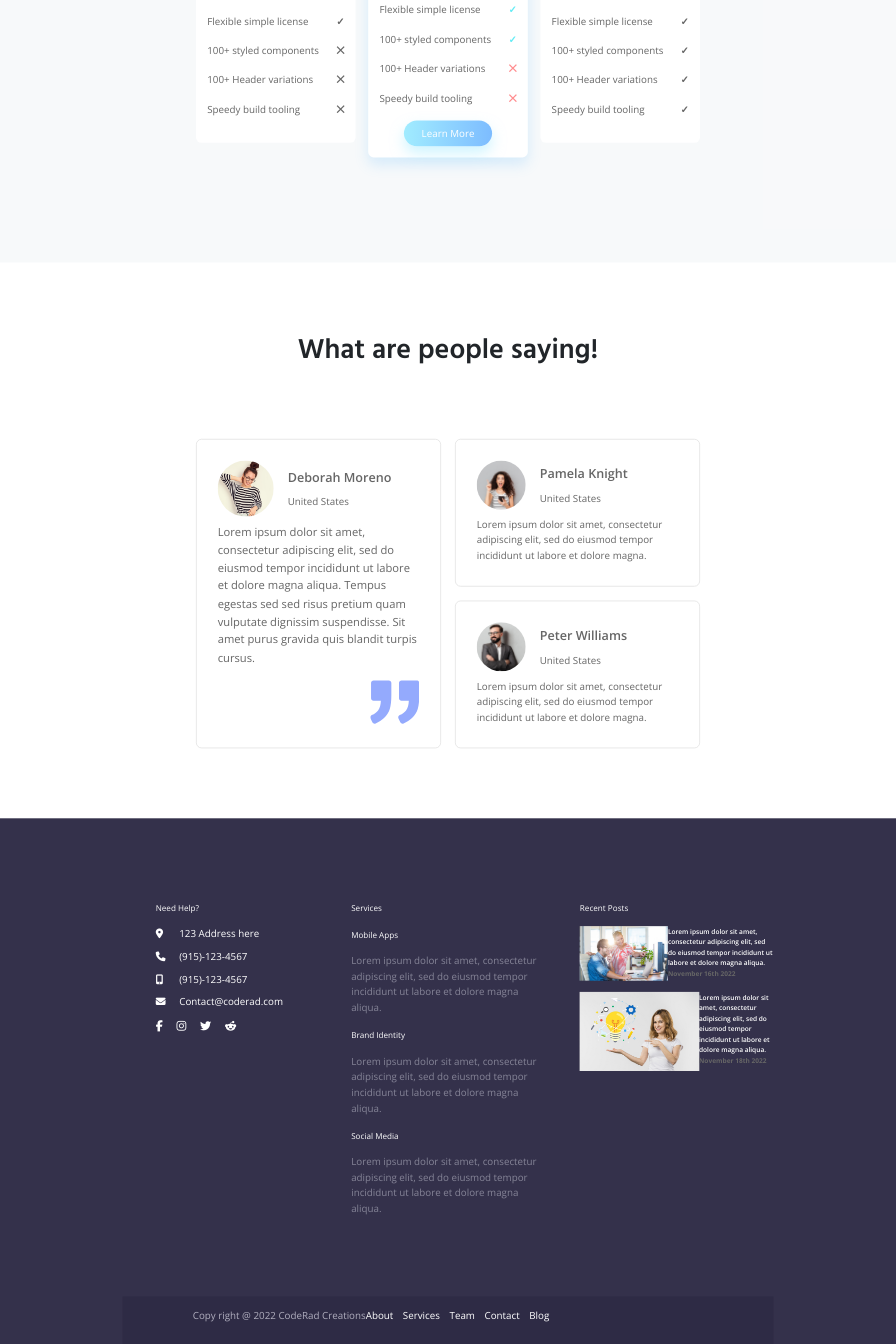
Repository: Sc-Juju/CodeRad
Page: index.html
An editor plug-in stored every save of this project. The page is shown before and after the next save, followed by the edit.
The browser window is 1280 px wide. The pictures show the part of the page from y = 2940 to 4860 px (the page is 4860 px tall), at 70% of full size.
Some web libraries are served in a nearby version.

Above is the page before, as saved 2022-11-16 14:13:47.

### index.html
<!DOCTYPE html>
<html>
	<head>
		<meta charset="utf-8" />
		<meta http-equiv="X-UA-Compatible" content="IE=edge" />
		<title>CodeRad</title>
		<meta name="description" content="" />
		<meta name="viewport" content="width=device-width, initial-scale=1" />

		<script
			src="https://kit.fontawesome.com/020fb16134.js"
			crossorigin="anonymous"
		></script>

		<link
			href="https://fonts.googleapis.com/css2?family=Open+Sans:wght@300;400;600;700&display=swap"
			rel="stylesheet"
		/>
		<link
			href="https://fonts.googleapis.com/css2?family=Hind:wght@300;400;500;600;700&display=swap"
			rel="stylesheet"
		/>

		<link rel="stylesheet" href="./css/default.css" />
		<link rel="stylesheet" href="./css/styles.css" />
		<link rel="stylesheet" href="./css/responsive.css" />
	</head>
	<body>
		<nav class="navbar nav">
			<div class="container">
				<button
					class="navbar-toggler"
					aria-expanded="false"
					aria-controls="navbarDropdown"
				>
					<span>&#9776;</span>
				</button>
				<a class="navbar-brand" href="index.html">CodeRad</a>
				<ul class="navbar-nav">
					<li class="nav-link">
						<a href="#">Home</a>
					</li>

					<li class="nav-link">
						<a href="#">Blog</a>
					</li>
					<li class="nav-link">
						<a href="#">Portfolio</a>
					</li>
					<li class="nav-link">
						<a href="#">Contact</a>
					</li>
				</ul>
			</div>
		</nav>

		<header class="bg-header">
			<div class="container">
				<div class="hero-wrapper">
					<h2 class="hero-header">
						Young in our spirits and <br />
						modern look.
					</h2>
					<a class="btn btn-white" href="#">Learn more</a>
				</div>
			</div>
		</header>
		<!--Why me-->
		<section>
			<div class="container why-me-wrapper">
				<div class="block-text">
					<span>Why choose me</span>
					<h2>
						Meeting Your Needs <br />
						In Website Building
					</h2>
					<p>
						Lorem ipsum dolor sit amet, consectetur adipiscing elit,
						sed do eiusmod tempor incididunt ut labore et dolore
						magna aliqua.
					</p>
					<a href="" class="btn btn-primary">Learn More</a>
				</div>
				<div>
					<img src="./CodeRad-assets/image2.svg" alt="Icon Chart" />
				</div>
			</div>
		</section>
		<!--Services-->
		<section class="bg-contrast">
			<div class="container service-grid">
				<div class="service-card">
					<span class="bg-color-1"></span>
					<div>
						<h3>Branding</h3>
						<p>
							Lorem ipsum dolor sit amet, consectetur adipiscing
							elit, sed do eiusmod tempor incididunt ut labore et
							dolore magna aliqua. Ut morbi tincidunt augue
							interdum velit euismod in pellentesque. Congue
							mauris rhoncus aenean vel.
						</p>
					</div>
				</div>
				<div class="service-card">
					<span class="bg-color-2"></span>
					<div>
						<h3>Design & UX</h3>
						<p>
							Lorem ipsum dolor sit amet, consectetur adipiscing
							elit, sed do eiusmod tempor incididunt ut labore et
							dolore magna aliqua. Ut morbi tincidunt augue
							interdum velit euismod in pellentesque. Congue
							mauris rhoncus aenean vel.
						</p>
					</div>
				</div>
				<div class="service-card">
					<span class="bg-color-3"></span>
					<div>
						<h3>Development</h3>
						<p>
							Lorem ipsum dolor sit amet, consectetur adipiscing
							elit, sed do eiusmod tempor incididunt ut labore et
							dolore magna aliqua. Ut morbi tincidunt augue
							interdum velit euismod in pellentesque. Congue
							mauris rhoncus aenean vel.
						</p>
					</div>
				</div>
				<div class="service-card">
					<span class="bg-color-4"></span>
					<div>
						<h3>User analysis</h3>
						<p>
							Lorem ipsum dolor sit amet, consectetur adipiscing
							elit, sed do eiusmod tempor incididunt ut labore et
							dolore magna aliqua. Ut morbi tincidunt augue
							interdum velit euismod in pellentesque. Congue
							mauris rhoncus aenean vel.
						</p>
					</div>
				</div>
				<div class="service-card">
					<span class="bg-color-5"></span>
					<div>
						<h3>UX Research</h3>
						<p>
							Lorem ipsum dolor sit amet, consectetur adipiscing
							elit, sed do eiusmod tempor incididunt ut labore et
							dolore magna aliqua. Ut morbi tincidunt augue
							interdum velit euismod in pellentesque. Congue
							mauris rhoncus aenean vel.
						</p>
					</div>
				</div>
				<div class="service-card">
					<span class="bg-color-6"></span>
					<div>
						<h3>SEO Service</h3>
						<p>
							Lorem ipsum dolor sit amet, consectetur adipiscing
							elit, sed do eiusmod tempor incididunt ut labore et
							dolore magna aliqua. Ut morbi tincidunt augue
							interdum velit euismod in pellentesque. Congue
							mauris rhoncus aenean vel.
						</p>
					</div>
				</div>
			</div>
		</section>

		<!--Video Demo-->
		<section class="video-demo">
			<div class="container">
				<div class="block-text">
					<h2>Telling Our Story</h2>
					<p>
						Lorem ipsum dolor sit amet, consectetur adipiscing elit,
						sed do eiusmod tempor <br />
						incididunt ut labore et dolore magna aliqua.
					</p>
				</div>
				<div class="video-box">
					<a href="#" class="video-btn">
						<img
							src="./CodeRad-assets/play.svg"
							alt="Play Video Button"
						/>
					</a>
					<img
						src="./CodeRad-assets/demo-video-thumbnail.jpg"
						alt="Video thumbnail"
					/>
				</div>
			</div>
		</section>

		<!--Pricing plans-->
		<section class="bg-contrast">
			<div class="block-text pricing-header">
				<h2>Choose The Right Package For You!</h2>
				<p>
					Lorem ipsum dolor sit amet, consectetur adipiscing elit, sed
					do eiusmod tempor <br />
					incididunt ut labore et dolore magna aliqua.
				</p>
			</div>
			<div class="pricing-table">
				<div class="price-card">
					<h3>Basic</h3>
					<div class="price">$99.90</div>
					<div class="billed">per month</div>
					<hr />
					<ul>
						<li>
							<span class="title">Community Support</span>
							<span class="icon">&#10003;</span>
						</li>
						<li>
							<span class="title">Flexible simple license</span>
							<span class="icon">&#10003;</span>
						</li>
						<li>
							<span class="title">100+ styled components</span>
							<span class="icon">&#10761;</span>
						</li>
						<li>
							<span class="title">100+ Header variations</span>
							<span class="icon">&#10761;</span>
						</li>
						<li>
							<span class="title">Speedy build tooling</span>
							<span class="icon">&#10761;</span>
						</li>
					</ul>
				</div>

				<div class="price-card featured">
					<h3>Standard</h3>
					<div class="price">$199.90</div>
					<div class="billed">per month</div>
					<hr />
					<ul>
						<li>
							<span class="title">Community Support</span>
							<span class="icon checked">&#10003;</span>
						</li>
						<li>
							<span class="title">Flexible simple license</span>
							<span class="icon checked">&#10003;</span>
						</li>
						<li>
							<span class="title">100+ styled components</span>
							<span class="icon checked">&#10003;</span>
						</li>
						<li>
							<span class="title">100+ Header variations</span>
							<span class="icon times">&#10761;</span>
						</li>
						<li>
							<span class="title">Speedy build tooling</span>
							<span class="icon times">&#10761;</span>
						</li>
						<div class="plan-btn-wrapper">
							<a href="" class="btn btn-primary">Learn More</a>
						</div>
					</ul>
				</div>

				<div class="price-card">
					<h3>Enterprise</h3>
					<div class="price">$499.90</div>
					<div class="billed">per month</div>
					<hr />
					<ul>
						<li>
							<span class="title">Community Support</span>
							<span class="icon">&#10003;</span>
						</li>
						<li>
							<span class="title">Flexible simple license</span>
							<span class="icon">&#10003;</span>
						</li>
						<li>
							<span class="title">100+ styled components</span>
							<span class="icon">&#10003;</span>
						</li>
						<li>
							<span class="title">100+ Header variations</span>
							<span class="icon">&#10003;</span>
						</li>
						<li>
							<span class="title">Speedy build tooling</span>
							<span class="icon">&#10003;</span>
						</li>
					</ul>
				</div>
			</div>
		</section>

		<!--Testimonials-->
		<section class="testimonials">
			<div class="block-text">
				<h2>What are people saying!</h2>
			</div>
			<div class="testimonial-grid">
				<div class="testimonial-card lg">
					<div class="top">
						<img
							src="./CodeRad-assets/1.png"
							alt=""
							class="profile"
						/>
						<div class="top-info">
							<h4>Deborah Moreno</h4>
							<span>United States</span>
						</div>
					</div>
					<div class="bottom">
						<p>
							Lorem ipsum dolor sit amet, consectetur adipiscing
							elit, sed do eiusmod tempor incididunt ut labore et
							dolore magna aliqua. Tempus egestas sed sed risus
							pretium quam vulputate dignissim suspendisse. Sit
							amet purus gravida quis blandit turpis cursus.
						</p>
						<span>
							<img
								src="./CodeRad-assets/quote-colored.svg"
								alt="quote"
								class="quote"
							/>
						</span>
					</div>
				</div>

				<div class="testimonial-card md">
					<div class="top">
						<img
							src="./CodeRad-assets/2.png"
							alt=""
							class="profile"
						/>
						<div class="top-info">
							<h4>Pamela Knight</h4>
							<span>United States</span>
						</div>
					</div>
					<div class="bottom">
						<p>
							Lorem ipsum dolor sit amet, consectetur adipiscing
							elit, sed do eiusmod tempor incididunt ut labore et
							dolore magna.
						</p>
					</div>
				</div>

				<div class="testimonial-card md">
					<div class="top">
						<img
							src="./CodeRad-assets/3.png"
							alt=""
							class="profile"
						/>
						<div class="top-info">
							<h4>Peter Williams</h4>
							<span>United States</span>
						</div>
					</div>
					<div class="bottom">
						<p>
							Lorem ipsum dolor sit amet, consectetur adipiscing
							elit, sed do eiusmod tempor incididunt ut labore et
							dolore magna.
						</p>
					</div>
				</div>
			</div>
		</section>
		<!--Footer-->
		<footer class="bg-footer">
			<div class="container">
				<section class="footer-top">
					<div class="footer-col">
						<h5>Need Help?</h5>
						<div class="contact-info">
							<ul>
								<li>
									<i class="fa-solid fa-location-dot"></i>
									123 Address here
								</li>
								<li>
									<i class="fa-solid fa-phone"></i>
									(915)-123-4567
								</li>
								<li>
									<i
										class="fa-solid fa-mobile-screen-button"
									></i>
									(915)-123-4567
								</li>
								<li>
									<i class="fa-solid fa-envelope"></i>
									Contact@coderad.com
								</li>
							</ul>
						</div>
						<div class="social-icons">
							<ul>
								<li>
									<a href=""
										><i class="fa-brands fa-facebook-f"></i
									></a>
								</li>
								<li>
									<a href=""
										><i class="fa-brands fa-instagram"></i
									></a>
								</li>
								<li>
									<a href=""
										><i class="fa-brands fa-twitter"></i
									></a>
								</li>
								<li>
									<a href=""
										><i
											class="fa-brands fa-reddit-alien"
										></i
									></a>
								</li>
							</ul>
						</div>
					</div>
					<div class="footer-col">
						<h5>Services</h5>
						<div class="services-wrapper">
							<h5>Mobile Apps</h5>
							<p>
								Lorem ipsum dolor sit amet, consectetur
								adipiscing elit, sed do eiusmod tempor
								incididunt ut labore et dolore magna aliqua.
							</p>
						</div>
						<div class="services-wrapper">
							<h5>Brand Identity</h5>
							<p>
								Lorem ipsum dolor sit amet, consectetur
								adipiscing elit, sed do eiusmod tempor
								incididunt ut labore et dolore magna aliqua.
							</p>
						</div>
						<div class="services-wrapper">
							<h5>Social Media</h5>
							<p>
								Lorem ipsum dolor sit amet, consectetur
								adipiscing elit, sed do eiusmod tempor
								incididunt ut labore et dolore magna aliqua.
							</p>
						</div>
					</div>
					<div class="footer-col">
						<h5>Recent Posts</h5>
						<div class="recent-posts">
							<div class="post-img-wrapper">
								<img
									src="./CodeRad-assets/blog1.jpg"
									alt="blog1"
								/>
							</div>
							<div class="post-inner">
								<h6>
									<a href=""
										>Lorem ipsum dolor sit amet, consectetur
										adipiscing elit, sed do eiusmod tempor
										incididunt ut labore et dolore magna
										aliqua.</a
									>
								</h6>
								<h6>November 16th 2022</h6>
							</div>
						</div>
						<div class="recent-posts">
							<div class="post-img-wrapper">
								<img
									src="./CodeRad-assets/blog2.jpg"
									alt="blog2"
								/>
							</div>
							<div class="post-inner">
								<h6>
									<a href=""
										>Lorem ipsum dolor sit amet, consectetur
										adipiscing elit, sed do eiusmod tempor
										incididunt ut labore et dolore magna
										aliqua.</a
									>
								</h6>
								<h6>November 18th 2022</h6>
							</div>
						</div>
					</div>
				</section>
				<section class="footer-bottom">
					<div class="footer-bottom-wrapper">
						<div class="copyright">
							<p>Copy right @ 2022 CodeRad Creations</p>
						</div>
						<div class="footer-bottom-links">
							<ul>
								<li><a href="">About</a></li>
								<li><a href="">Services</a></li>
								<li><a href="">Team</a></li>
								<li><a href="">Contact</a></li>
								<li><a href="">Blog</a></li>
							</ul>
						</div>
					</div>
				</section>
			</div>
		</footer>
	</body>
</html>

### css/default.css
:root{
    --white:#fff;
    --black: #000;
    --font-color-base:#666;
    --font-color-dark:#212529;
    --font-color-light:#b0aebe;
    --font-color-link:#57a6ff;
    --footer:#34314b;
    --footer-base:#2e2b45;
    --contrast:rgba(246, 248, 249, 0.8);
    --success: #64ecf5;
    --danger:#ff8b8d;
    --grad-1:#a1ecff;
    --grad-2:#7dbcff;


    --size-10:0.625rem;
    --size-14:0.875rem;
    --size-16:1rem;
    --size-18:1.125rem;
    --size-20:1.25rem;
    --size-30:1.875rem;
    --size-40:2.5rem;
    --size-50:3.125rem;
    --size-100:6.25rem;
    --size-150:9.375rem;
}
body{
    font-family:"Open Sans", sans-serif;
    font-weight: 400;
    font-size:0.875rem;
    line-height: 1.6;
    letter-spacing: 0;
    color: var(--font-color-base);
    margin:0;
    padding:0;
}
*,
::after,
::before{
    box-sizing: border-box;
}
ul{
    padding:0;
    margin:0;
    list-style: none;
}
a {text-decoration: none;}
p {margin-top:0;}
h2{
    font-size:1.75rem;
    font-weight:500;
    line-height:1.2;
}
img {
    width:100%;
    max-width:100%;
    vertical-align:middle;
    border-style: none;
}
.container{
    width: 100%;
    padding-left:15px;
    padding-right:15px;
    margin-right:auto;
    margin-left:auto;
}

.btn{
    display: inline-block;
    font-weight: 400;
    color: var(--font-color-dark);
    text-align: center;
    cursor: pointer;
    user-select: none;
    background-color: transparent;
    border: 1px solid transparent;
    padding: .375rem .75rem;
    border-radius:1.25rem;
    transition: ease-in-out .3s;
}
.btn-primary{
    background-image: linear-gradient(90deg, var(--grad-1)0%, var(--grad-2)100%);
    border: 1px var(--grad-1);
    box-shadow: 0 10px 20px rgba(161, 236, 255, .5);
    transition: ease-in-out .3s;
    color: var(--white);
    padding: .4375rem 1.5625rem;
}

.btn-white{
    background-color: var(--white);
    color: var(--font-color-link);
    box-shadow: 0px 10px 20px rgba(255, 255, 255, .35);
    padding: .475rem 1.75rem;
}

@media (min-width:768px){
    .pricing-table,
    .testimonial-grid,
    .footer-bottom-wrapper{max-width:720px;}
}

@media (min-width:992px){
    footer .container{ max-width: 960px; }
}

@media (min-width:1200px){
    .container{ max-width: 1140px; }
}

### css/styles.css
.navbar{
    position: fixed;
    top: 0;
    right: 0;
    left: 0;
    z-index: 200;
    transition: ease-in-out .3s;
}
[aria-controls="navbarDropdown"]{
    display:none;
}
.navbar-nav{
    display: flex;
    align-items: center;
}
.navbar .container{
    display: flex;
    align-items: center;
}
.navbar-brand{
    margin-right:auto;
    font-size: 2rem;
    font-weight: 700;
    width: 100%;
    transition: ease-in-out .3s;
    color: var(--white);

}
.bg-header,
.video-demo{
    background-color: var(--footer);
    background-repeat: no-repeat;
    background-size: cover;
    background-position:50% 20%;
    position: relative;
    z-index: 1;
    padding: 4.6875rem 0;
}
.bg-header{background-image: url(../CodeRad-assets/bg-header-1.jpg);}
.video-demo{background-image: url(../CodeRad-assets/bg-demo.jpg);}
.bg-header::before{
    background-image: linear-gradient(30deg,
    rgba(21,27,38, .8)0%,
    rgba(0,0,0,.2)100%);
    position: absolute;
    content:"";
    top: 0;
    left: 0;
    right: 0;
    bottom: 0;
    width: 100%;
    height: 100%;
    z-index: -1;
}
.nav-link a{
    color: var(--white);
    font-size: .8125rem;
    font-weight: 600;
    font-family: "Hind", sans-serif;
    text-transform: uppercase;
    margin-right: 2.5rem;
    line-height: 1.25rem;
}
.hero-header{
    color: var(--white);
}
.why-me-wrapper{
    display: flex;
    align-items: center;
}
.why-me-wrapper div{
    flex: 1;
}
.block-text{
    padding-right: var(--size-50);
}
.block-text span{
    color: var(--font-color-dark);
    font-weight: 300;
}
.block-text h2{
    font-size: var(--size-40);
    font-family: "Hind", sans-serif;
    font-weight: 600;
    color: var(--font-color-dark);
    margin-bottom: var(--size-20);
    line-height: 1.3;
    margin-top: 0.5rem;
}
.bg-contrast{
    background-color: var(--contrast);
    padding: var(--size-150) 0;
    margin: 0 auto;
}
.service-grid{
    display: grid;
    grid-template-columns: repeat(auto-fit,minmax(300px, 1fr));
    gap: var(--size-20);
}
.service-card{
    padding: var(--size-30);
    box-shadow: 0 0 10px rgba(48, 63, 100, .15);
    background: white;
    border-radius: 8px;
}
.service-card span{
    width:4.375rem;
    height: 4.375rem;
    background: green;
    display: block;
    float: left;
    margin-right: 15px;
    border-radius: 50%;
    background: var(--font-color-light);
}
span.bg-color-1 {background-image: linear-gradient(90deg, #9ccdf3 0%, #94aafd 100%);}
span.bg-color-2 {background-image: linear-gradient(90deg, #55edc0 0%, #4bdbdb 100%);}
span.bg-color-3 {background-image: linear-gradient(90deg, #fda498 0%, #f58b9e 100%);}
span.bg-color-4 {background-image: linear-gradient(90deg, #f2a7ca 0%, #c289f4 100%);}
span.bg-color-5 {background-image: linear-gradient(90deg, #ffc187 0%, #fe93a7 100%);}
span.bg-color-6 {background-image: linear-gradient(90deg, #a1ecff 0%, #7dbcff 100%);}

.video-demo{text-align: center;}
.video-demo .block-text{padding-right: 0;}

.video-demo .block-text h2,
.video-demo .block-text p{
    color: var(--white);
}

.video-btn{
    position: absolute;
    top: 50%;
    left: 50%;
    transform: translate(-50%, -50%);
    box-shadow: 0 10px 20px rgba(57, 166, 251, .3);
}
.video-btn img{
    height: var(--size-100);
    width: var(--size-100);
}
.video-box{
    position: relative;
    margin-bottom: -9.375rem;
    z-index: 100;
}
.video-box > img{
    max-width: 600px;
    border-radius: 8px;
}
.block-text.pricing-header{
    text-align: center;
    padding-right: 0;
    margin: var(--size-100) 0;
}
.pricing-table{
    display: grid;
    grid-template-columns: repeat(auto-fit, minmax(215px, 1fr));
    gap: var(--size-18);
    margin: auto;
    align-items: flex-start;
}
.price-card{
    background-color:var(--white);
    border-radius: 8px;
    padding: var(--size-16);
}
.price-card .checked{color: var(--success);}
.price-card .times{color: var(--danger);}

.price-card.featured{
    box-shadow: 0 10px 20px rgba(82,179,255,.2);
    margin-top: -1rem;
}
.price-card h3{
    margin-top: var(--size-40);
    font-size: var(--size-18);
    color: var(--font-color-dark);
    font-weight: 600;
}
.plan-card hr{margin: 2rem 0 1rem;}
.price{
    color: var(--font-color-link);
    font-size: var(--size-30);
    font-weight: 600;
}
.price-card h3,
.price-card .price,
.price-card .billed{text-align: center;}

.price-card li{margin-bottom: var(--size-20);}
.price-card .icon{
    float: right;
    font-weight:600;
}
.plan-btn-wrapper{text-align: center;}

.testimonials{ margin: var(--size-100) 0;}

.testimonial-grid{
    display: grid;
    grid-template-columns: repeat(auto-fit, minmax(300px, 1fr));
    grid-template-rows: 1fr 1fr;
    gap: var(--size-20);
    margin: 0 auto;
}

.testimonials .block-text{
    padding-right: 0;
    text-align: center;
    margin: var(--size-100) 0;
}

.testimonial-card{
    border: 1px solid #dedede;
    border-radius: 8px;
    padding: var(--size-30);
}

.testimonial-card.lg{
    grid-row: 1 / 3;
    grid-column: 1 / 2;
}

.testimonial-card.lg .quote{
    width: 4.375rem;
    float: right;
    margin-top: var(--size-16);
}

.testimonial-card.md .bottom p{ font-size: var(--size-14);}

.testimonial-card .top{
    display:flex;
    align-items: center;
    padding-bottom: var(--size-10);
}

.testimonial-card img.profile{
    width: 4.375rem;
    border-radius: 50%;
    margin-right: var(--size-20);
}

.testimonial-card.lg img.profile{ width: 5rem;}

.top h4{
    margin-top: 0;
    margin-bottom: var(--size-10);
    font-weight: 600;
    font-size: var(--size-18);
}

.bottom p{
    margin: 0;
    font-size: var(--size-16);
    line-height: 1.6;
}

footer.bg-footer{ background-color: var(--footer);}
footer .footer-bottom{ background-color: var(--footer-base);}

footer .footer-top {
    display: grid;
    grid-template-columns: repeat( auto-fit, minmax(250px, 1fr));
    gap: var(--size-50);
    padding: var(--size-100) 0;
}

footer .footer-col{justify-self: center;}

.footer-top h5{
    color: var(--white);
    font-weight: 500;
    margin-bottom: var(--size-16);
}

.contact-info li{
    color: var(--white);
    margin-bottom: var(--size-10);
}

.contact-info li i{ width: var(--size-30);}

.social-icons ul li {
    display: inline-block;
    margin-right: var(--size-16);
}

.social-icons ul li a{
    color: var(--white);
    font-size: var(--size-16);
}

.services-wrapper p { color: #858497;}

.recent-posts{
    display: flex;
    margin-bottom: var(--size-16);
}

.recent-posts .post-wrapper-wrapper{
    width: var(--size-100);
    margin-right: var(--size-10);
}

.post-inner h6{ margin: 0; }

.post-inner h6 a{
    color: var(--white);
    font-weight: 600;
}

.post-inner span{
    color: var(--font-color-light);
    font-size: var(--size-10);
}

.footer-bottom-wrapper{
    display: flex;
    justify-content: center;
}

.footer-bottom{ padding: var(--size-16) 0; }

.copyright p{ color: var(--font-color-light); }

.footer-bottom-links ul li{
    display: inline-block;
    margin-right: var(--size-10);
}

.footer-bottom-links ul li a{ color: var(--white); }

Loaded but not shown: css/responsive.css (no copy from this time; the picture is the same without it)

After the next save:
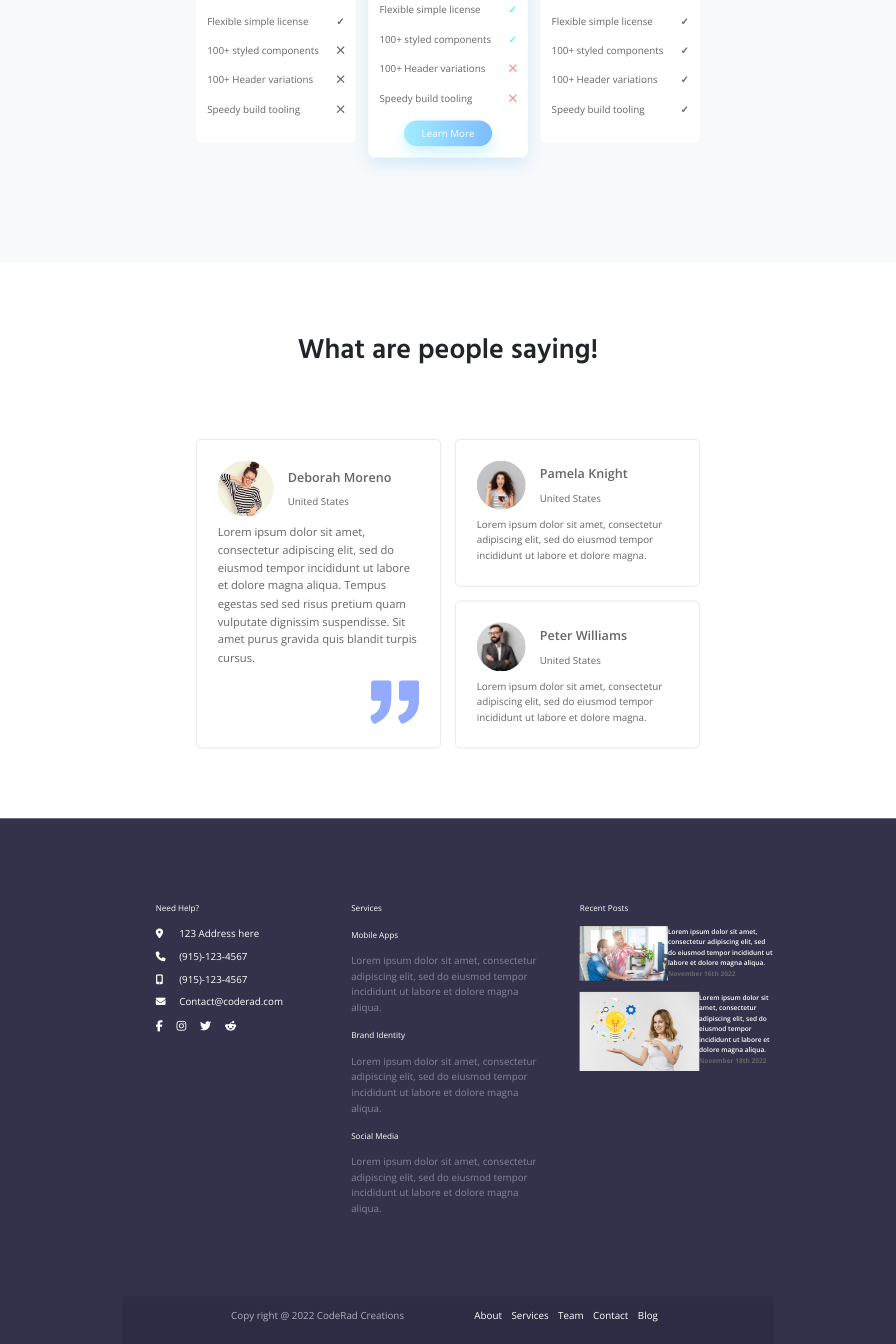
Saved 1 s later.
--- a/css/styles.css
+++ b/css/styles.css
@@ -318,7 +318,9 @@ footer .footer-col{justify-self: center;}
 
 .footer-bottom-wrapper{
     display: flex;
-    justify-content: center;
+    justify-content:space-around;
+    margin: 0 auto;
+    flex-wrap: wrap;
 }
 
 .footer-bottom{ padding: var(--size-16) 0; }
